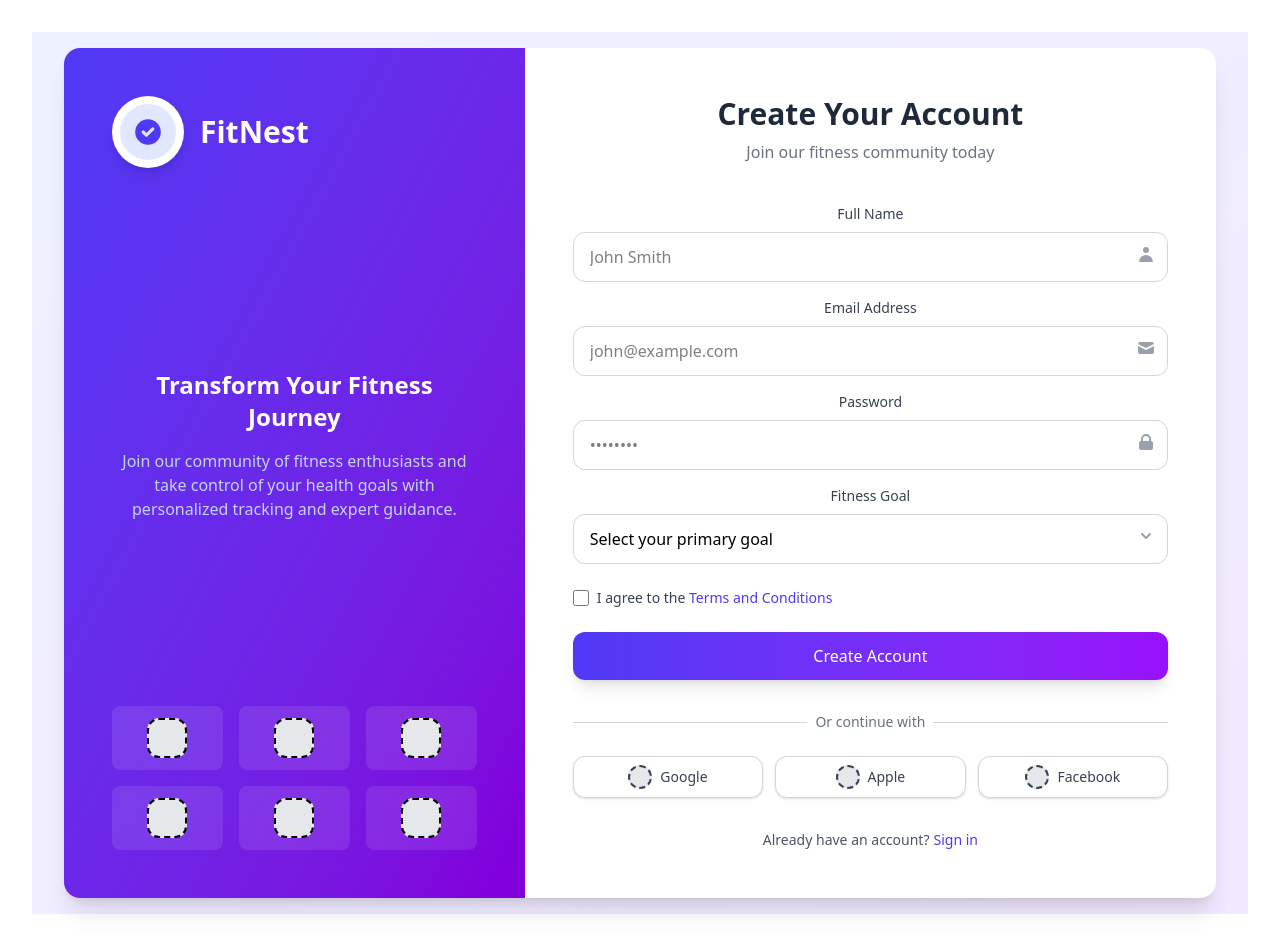
Repository: aryan151pratap/FitPanda
Page: / (app in frontened/)
An editor plug-in stored every save of this project. The page is shown before and after the next save, followed by the edit.
The browser window is 1280 px wide. The pictures show the whole page.
The project was rebuilt for these pictures with package versions that can differ from the ones it lists, and the page was loaded fresh each time. Also part of the build but not shown: frontened/vite.config.js.

Above is the page before, as saved 2025-06-03 23:10:15.

### frontened/src/App.jsx
import { useState } from 'react'
import './App.css'
import Page_1 from './components/page_1';
import Sign_up from './login/sign_up';

function App() {
  const [count, setCount] = useState(0)

  return (
    <>
    <div className=''>
      <Sign_up/>
      <Page_1/>
    </div>
    </>
  )
}

export default App

### frontened/src/components/page_1.jsx
function Page_1(){
	return(
		<>
		<div className="">

		</div>
		</>
	)
}

export default Page_1;

### frontened/src/login/sign_up.jsx
import React from 'react';

function Sign_up() {
  return (
    <div className="min-h-screen bg-gradient-to-br from-indigo-50 to-purple-100 flex items-center justify-center p-4">
      <div className="w-full max-w-6xl mx-auto">
        <div className="bg-white rounded-2xl shadow-xl overflow-hidden flex flex-col md:flex-row">
          {/* Left Section - Brand Showcase */}
          <div className="w-full md:w-2/5 bg-gradient-to-br from-indigo-600 to-purple-700 p-8 md:p-12 flex flex-col justify-between">
            <div className="flex items-center gap-4">
              <div className="bg-white p-2 rounded-full shadow-lg">
                <div className="bg-indigo-100 w-14 h-14 rounded-full flex items-center justify-center">
                  <svg xmlns="http://www.w3.org/2000/svg" className="h-8 w-8 text-indigo-600" viewBox="0 0 20 20" fill="currentColor">
                    <path fillRule="evenodd" d="M10 18a8 8 0 100-16 8 8 0 000 16zm3.707-9.293a1 1 0 00-1.414-1.414L9 10.586 7.707 9.293a1 1 0 00-1.414 1.414l2 2a1 1 0 001.414 0l4-4z" clipRule="evenodd" />
                  </svg>
                </div>
              </div>
              <h1 className="text-3xl font-bold text-white">FitNest</h1>
            </div>

            <div className="mt-12">
              <h2 className="text-2xl font-bold text-white">Transform Your Fitness Journey</h2>
              <p className="text-indigo-200 mt-4">
                Join our community of fitness enthusiasts and take control of your health goals with personalized tracking and expert guidance.
              </p>
            </div>

            <div className="mt-8 grid grid-cols-3 gap-4">
              {[...Array(6)].map((_, i) => (
                <div key={i} className="bg-white/10 backdrop-blur-sm rounded-lg p-3 flex items-center justify-center">
                  <div className="bg-gray-200 border-2 border-dashed rounded-xl w-10 h-10" />
                </div>
              ))}
            </div>
          </div>

          {/* Right Section - Sign Up Form */}
          <div className="w-full md:w-3/5 p-8 md:p-12">
            <div className="text-center mb-10">
              <h2 className="text-3xl font-bold text-gray-800">Create Your Account</h2>
              <p className="text-gray-500 mt-2">Join our fitness community today</p>
            </div>

            <form className="space-y-6">
              <div className="space-y-4">
                <div>
                  <label className="block text-gray-700 text-sm font-medium mb-2" htmlFor="name">
                    Full Name
                  </label>
                  <div className="relative">
                    <input
                      id="name"
                      type="text"
                      placeholder="John Smith"
                      className="w-full px-4 py-3 rounded-xl border border-gray-300 focus:outline-none focus:ring-2 focus:ring-indigo-500 focus:border-transparent transition-all"
                    />
                    <div className="absolute right-3 top-3 text-gray-400">
                      <svg xmlns="http://www.w3.org/2000/svg" className="h-5 w-5" viewBox="0 0 20 20" fill="currentColor">
                        <path fillRule="evenodd" d="M10 9a3 3 0 100-6 3 3 0 000 6zm-7 9a7 7 0 1114 0H3z" clipRule="evenodd" />
                      </svg>
                    </div>
                  </div>
                </div>

                <div>
                  <label className="block text-gray-700 text-sm font-medium mb-2" htmlFor="email">
                    Email Address
                  </label>
                  <div className="relative">
                    <input
                      id="email"
                      type="email"
                      placeholder="john@example.com"
                      className="w-full px-4 py-3 rounded-xl border border-gray-300 focus:outline-none focus:ring-2 focus:ring-indigo-500 focus:border-transparent transition-all"
                    />
                    <div className="absolute right-3 top-3 text-gray-400">
                      <svg xmlns="http://www.w3.org/2000/svg" className="h-5 w-5" viewBox="0 0 20 20" fill="currentColor">
                        <path d="M2.003 5.884L10 9.882l7.997-3.998A2 2 0 0016 4H4a2 2 0 00-1.997 1.884z" />
                        <path d="M18 8.118l-8 4-8-4V14a2 2 0 002 2h12a2 2 0 002-2V8.118z" />
                      </svg>
                    </div>
                  </div>
                </div>

                <div>
                  <label className="block text-gray-700 text-sm font-medium mb-2" htmlFor="password">
                    Password
                  </label>
                  <div className="relative">
                    <input
                      id="password"
                      type="password"
                      placeholder="••••••••"
                      className="w-full px-4 py-3 rounded-xl border border-gray-300 focus:outline-none focus:ring-2 focus:ring-indigo-500 focus:border-transparent transition-all"
                    />
                    <div className="absolute right-3 top-3 text-gray-400">
                      <svg xmlns="http://www.w3.org/2000/svg" className="h-5 w-5" viewBox="0 0 20 20" fill="currentColor">
                        <path fillRule="evenodd" d="M5 9V7a5 5 0 0110 0v2a2 2 0 012 2v5a2 2 0 01-2 2H5a2 2 0 01-2-2v-5a2 2 0 012-2zm8-2v2H7V7a3 3 0 016 0z" clipRule="evenodd" />
                      </svg>
                    </div>
                  </div>
                </div>

                <div>
                  <label className="block text-gray-700 text-sm font-medium mb-2" htmlFor="fitness">
                    Fitness Goal
                  </label>
                  <div className="relative">
                    <select
                      id="fitness"
                      className="w-full px-4 py-3 rounded-xl border border-gray-300 focus:outline-none focus:ring-2 focus:ring-indigo-500 focus:border-transparent transition-all appearance-none"
                    >
                      <option>Select your primary goal</option>
                      <option>Weight Loss</option>
                      <option>Muscle Building</option>
                      <option>Endurance Training</option>
                      <option>General Fitness</option>
                      <option>Rehabilitation</option>
                    </select>
                    <div className="absolute right-3 top-3 text-gray-400 pointer-events-none">
                      <svg xmlns="http://www.w3.org/2000/svg" className="h-5 w-5" viewBox="0 0 20 20" fill="currentColor">
                        <path fillRule="evenodd" d="M5.293 7.293a1 1 0 011.414 0L10 10.586l3.293-3.293a1 1 0 111.414 1.414l-4 4a1 1 0 01-1.414 0l-4-4a1 1 0 010-1.414z" clipRule="evenodd" />
                      </svg>
                    </div>
                  </div>
                </div>
              </div>

              <div className="flex items-center">
                <input
                  id="terms"
                  type="checkbox"
                  className="h-4 w-4 text-indigo-600 focus:ring-indigo-500 border-gray-300 rounded"
                />
                <label htmlFor="terms" className="ml-2 block text-sm text-gray-700">
                  I agree to the <a href="#" className="text-indigo-600 hover:underline">Terms and Conditions</a>
                </label>
              </div>

              <button
                type="submit"
                className="w-full bg-gradient-to-r from-indigo-600 to-purple-600 text-white py-3 rounded-xl font-medium shadow-lg hover:from-indigo-700 hover:to-purple-700 transition-all duration-300 transform hover:-translate-y-0.5 focus:outline-none focus:ring-2 focus:ring-offset-2 focus:ring-indigo-500"
              >
                Create Account
              </button>
            </form>

            <div className="mt-8">
              <div className="relative">
                <div className="absolute inset-0 flex items-center">
                  <div className="w-full border-t border-gray-300"></div>
                </div>
                <div className="relative flex justify-center text-sm">
                  <span className="px-2 bg-white text-gray-500">Or continue with</span>
                </div>
              </div>

              <div className="mt-6 grid grid-cols-3 gap-3">
                <button className="flex items-center justify-center py-2 px-4 border border-gray-300 rounded-xl shadow-sm text-sm font-medium text-gray-700 bg-white hover:bg-gray-50">
                  <div className="bg-gray-200 border-2 border-dashed rounded-xl w-6 h-6" />
                  <span className="ml-2">Google</span>
                </button>
                <button className="flex items-center justify-center py-2 px-4 border border-gray-300 rounded-xl shadow-sm text-sm font-medium text-gray-700 bg-white hover:bg-gray-50">
                  <div className="bg-gray-200 border-2 border-dashed rounded-xl w-6 h-6" />
                  <span className="ml-2">Apple</span>
                </button>
                <button className="flex items-center justify-center py-2 px-4 border border-gray-300 rounded-xl shadow-sm text-sm font-medium text-gray-700 bg-white hover:bg-gray-50">
                  <div className="bg-gray-200 border-2 border-dashed rounded-xl w-6 h-6" />
                  <span className="ml-2">Facebook</span>
                </button>
              </div>

              <div className="mt-8 text-center text-sm text-gray-600">
                Already have an account?
                <a href="#" className="ml-1 font-medium text-indigo-600 hover:text-indigo-500 hover:underline">
                  Sign in
                </a>
              </div>
            </div>
          </div>
        </div>
      </div>
    </div>
  );
}

export default Sign_up;

Loaded but not shown: frontened/index.html (common file); frontened/src/main.jsx (common file); frontened/src/App.css (common file)

After the next save:
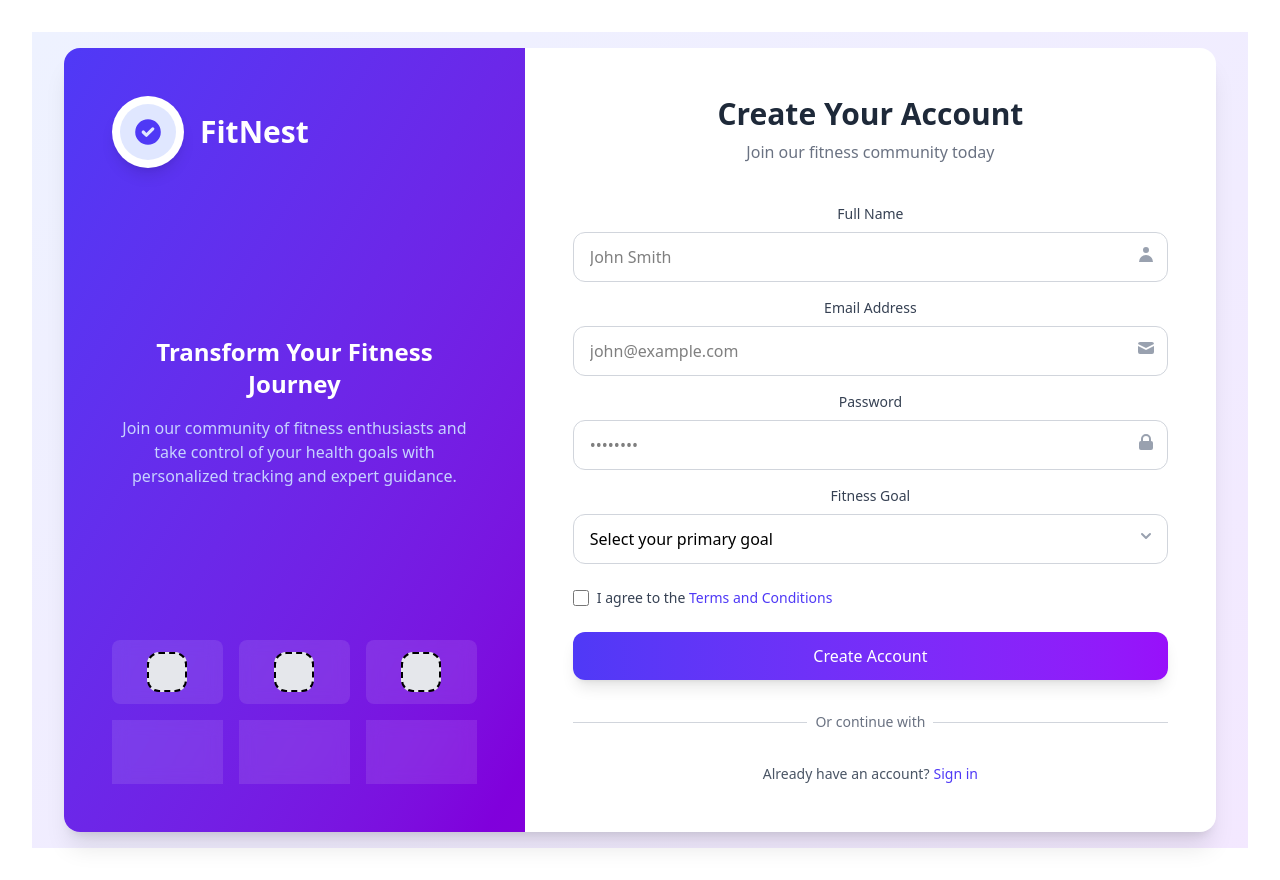
Saved 20 s later.
--- a/frontened/src/login/sign_up.jsx
+++ b/frontened/src/login/sign_up.jsx
@@ -155,21 +155,6 @@ function Sign_up() {
                 </div>
               </div>
 
-              <div className="mt-6 grid grid-cols-3 gap-3">
-                <button className="flex items-center justify-center py-2 px-4 border border-gray-300 rounded-xl shadow-sm text-sm font-medium text-gray-700 bg-white hover:bg-gray-50">
-                  <div className="bg-gray-200 border-2 border-dashed rounded-xl w-6 h-6" />
-                  <span className="ml-2">Google</span>
-                </button>
-                <button className="flex items-center justify-center py-2 px-4 border border-gray-300 rounded-xl shadow-sm text-sm font-medium text-gray-700 bg-white hover:bg-gray-50">
-                  <div className="bg-gray-200 border-2 border-dashed rounded-xl w-6 h-6" />
-                  <span className="ml-2">Apple</span>
-                </button>
-                <button className="flex items-center justify-center py-2 px-4 border border-gray-300 rounded-xl shadow-sm text-sm font-medium text-gray-700 bg-white hover:bg-gray-50">
-                  <div className="bg-gray-200 border-2 border-dashed rounded-xl w-6 h-6" />
-                  <span className="ml-2">Facebook</span>
-                </button>
-              </div>
-
               <div className="mt-8 text-center text-sm text-gray-600">
                 Already have an account?
                 <a href="#" className="ml-1 font-medium text-indigo-600 hover:text-indigo-500 hover:underline">
